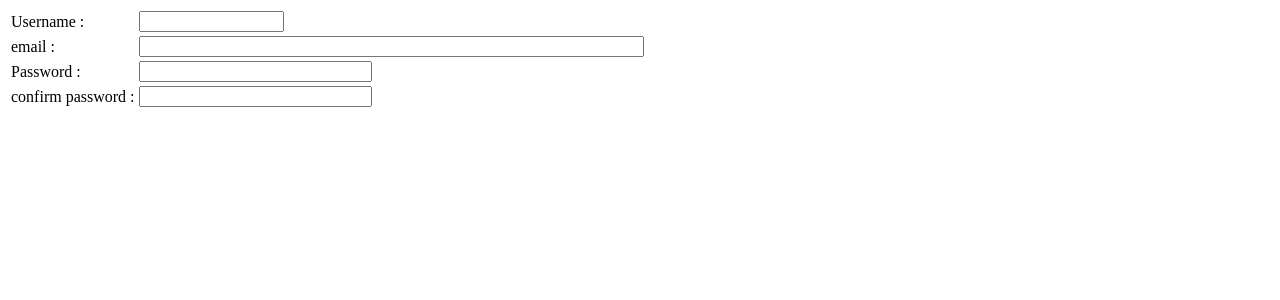
Repository: betardev/SocialProj
Page: http://localhost/SocialProjCustomers/CustomerRegistration/RegistrationForm.jsp
The author's editor kept a copy of each file at every save. The page is drawn from the files as they stood at one save, then again after the next save.
The browser window is 1280 px wide. The pictures show the whole page.
The page is served by Tomcat 9.

Above is the page before, as saved 2017-06-12 15:07:28.

After the next save:
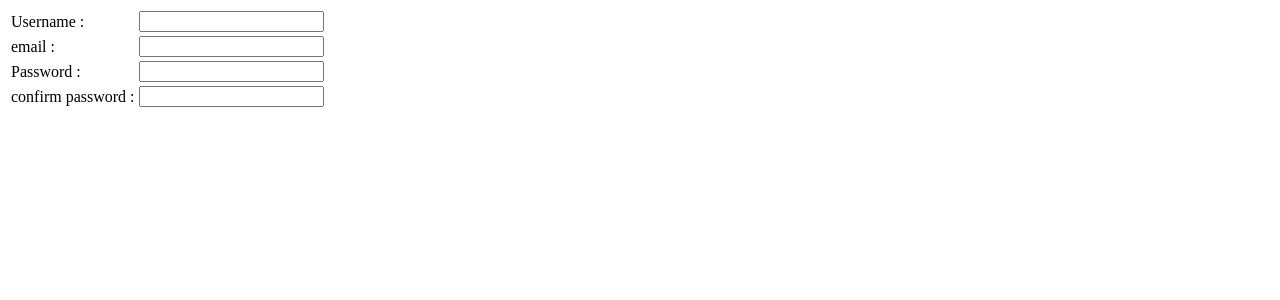
Saved 53 s later.
--- a/SocialProjCustomers/WebContent/CustomerRegistration/RegistrationForm.jsp
+++ b/SocialProjCustomers/WebContent/CustomerRegistration/RegistrationForm.jsp
@@ -12,19 +12,19 @@
  <table>
   <tr>
    <td> Username :  </td>
-   <td> <input name = "username" size = 15/>  </td>
+   <td> <input name = "username"/>  </td>
   </tr>
   <tr>
    <td> email :  </td>
-   <td> <input name = "email" size = 60/>  </td>
+   <td> <input name = "email"/>  </td>
   </tr>
   <tr>
    <td> Password :  </td>
-   <td> <input type = "password" name = "password" size = 26/>  </td>
+   <td> <input type = "password" name = "password"/>  </td>
   </tr>
   <tr>
    <td> confirm password :  </td>
-   <td> <input type = "password" name = "cnfpassword" size = 26/>  </td>
+   <td> <input type = "password" name = "cnfpassword"/>  </td>
   </tr>
  </table>
 </form>
